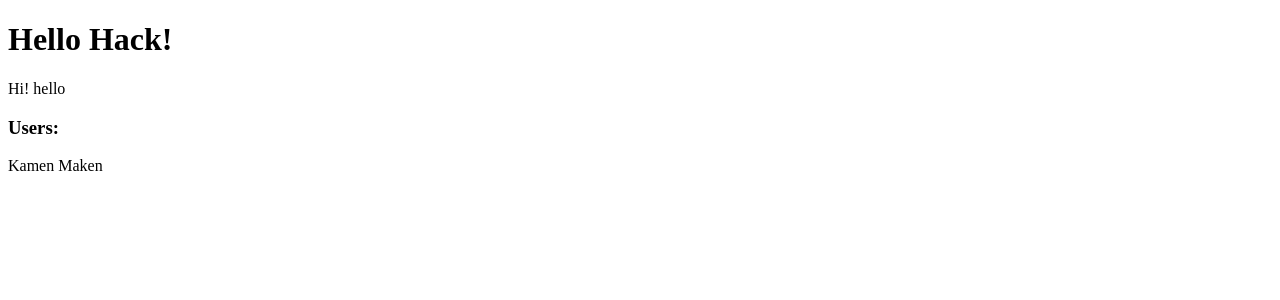
Repository: borisaltanov/HackBulgaria-Java-101
Page: http://localhost/TodooList/Index
The author's editor kept a copy of each file at every save. The page is drawn from the files as they stood at one save, then again after the next save.
The browser window is 1280 px wide. The pictures show the whole page.
The page is served by Tomcat 9.

Above is the page before, as saved 2017-02-17 17:21:13.

### java-ee/TodooList/WebContent/index.jsp
<%@ page language="java" contentType="text/html; charset=UTF-8"
	pageEncoding="UTF-8"%>

<% String hi = "Hi!"; %>
<!DOCTYPE html PUBLIC "-//W3C//DTD HTML 4.01 Transitional//EN" "http://www.w3.org/TR/html4/loose.dtd">
<html>
	<head>
		<meta http-equiv="Content-Type" content="text/html; charset=UTF-8">
		<title>${title}</title>
	</head>
	<body>
		<h1>Hello Hack!</h1>
		<%=hi %>
		${message}

		<h3>Users: </h3>
		${users.get(0)}
		${users.get(1)}
	</body>
</html>

### java-ee/TodooList/src/com/hackbulgaria/Index.java
package com.hackbulgaria;

import java.io.IOException;
import java.util.LinkedList;

import javax.servlet.RequestDispatcher;
import javax.servlet.ServletException;
import javax.servlet.annotation.WebServlet;
import javax.servlet.http.HttpServlet;
import javax.servlet.http.HttpServletRequest;
import javax.servlet.http.HttpServletResponse;

/**
 * Servlet implementation class Index
 */
@WebServlet("/Index")
public class Index extends HttpServlet {
	private static final long serialVersionUID = 1L;


	protected void doGet(HttpServletRequest request, HttpServletResponse response) throws ServletException, IOException {
/*		LinkedList<String> users = new LinkedList<>();

		users.add("Kamen");
		users.add("Maken");


		String usersString = "<ul>";
		for (String u : users) {
			usersString += "<li>" + u + "</li>";
		}
		usersString += "</ul>";


		response.
			getWriter()
			.write("<h1>Hello Hack!</h1>" + usersString);*/

		LinkedList<String> users = new LinkedList<>();

		users.add("Kamen");
		users.add("Maken");

		request.getSession().setAttribute("message", "hello");
		request.getSession().setAttribute("title", "ToDo List");
		request.getSession().setAttribute("users",users);

		RequestDispatcher view =
				request.getRequestDispatcher("index.jsp");

		view.forward(request, response);

	}


	protected void doPost(HttpServletRequest request, HttpServletResponse response) throws ServletException, IOException {
	}

}

After the next save:
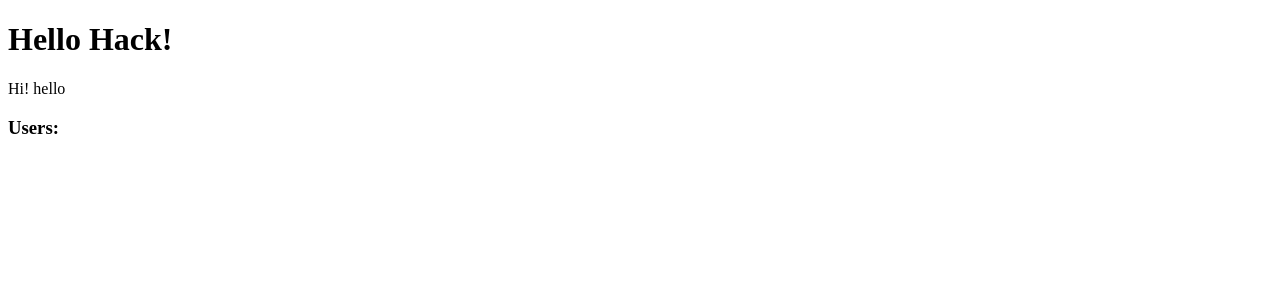
Saved 53 s later.
--- a/java-ee/TodooList/WebContent/index.jsp
+++ b/java-ee/TodooList/WebContent/index.jsp
@@ -14,7 +14,7 @@
 		${message}
 
 		<h3>Users: </h3>
-		${users.get(0)}
-		${users.get(1)}
+<%-- 		${users.get(0)}
+		${users.get(1)} --%>
 	</body>
 </html>
